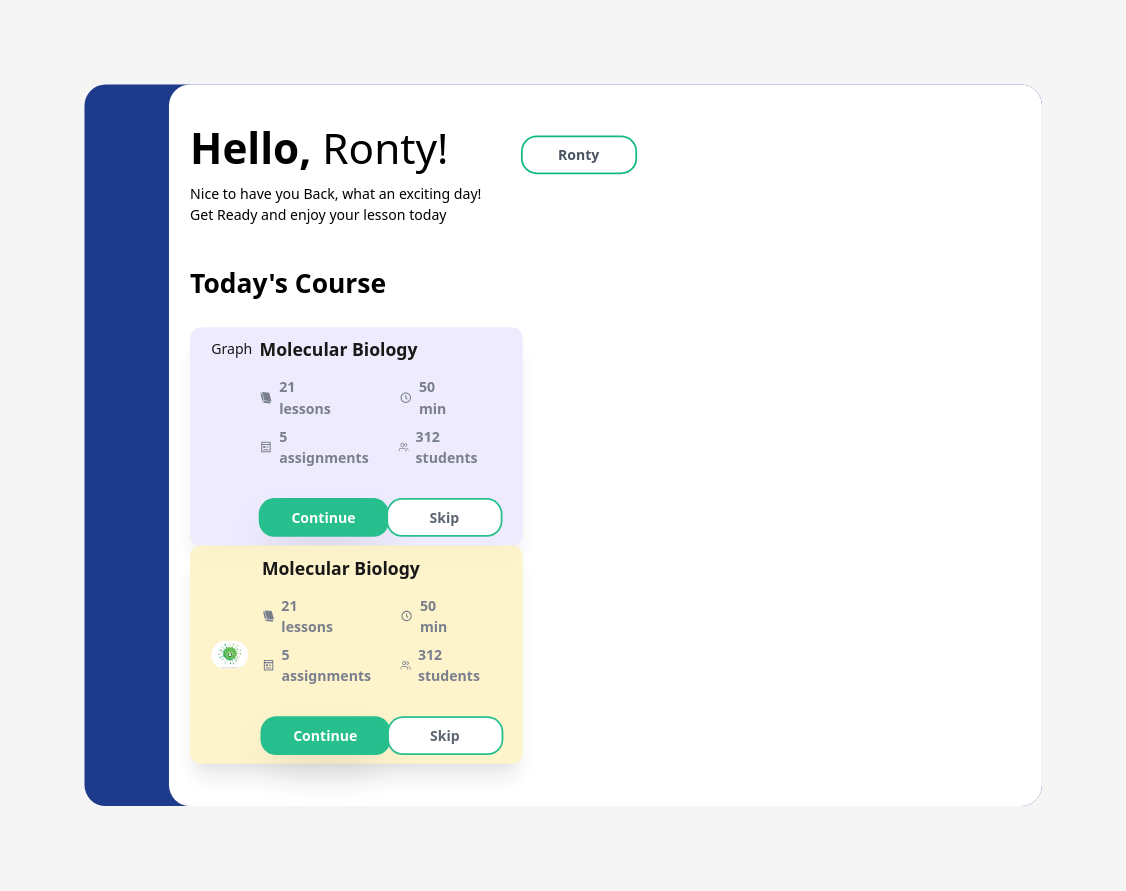
Repository: coolronts/Vite-Tailwind
Page: /
An editor plug-in stored every save of this project. The page is shown before and after the next save, followed by the edit.
The browser window is 1280 px wide. The pictures show the whole page, at 88% of full size.
The project was rebuilt for these pictures with package versions that can differ from the ones it lists, and the page was loaded fresh each time. Also part of the build but not shown: vite.config.js.

Above is the page before, as saved 2021-11-26 13:57:34.

### src/App.jsx
import './App.css'

import {Course, Intro} from './Section'
import { PrimaryButton, SecondaryButton } from './components/Button'

import Class from './Section/Class'
import {PrimaryCard} from './components/Card'
import SplitScreen from './components/SplitScreen'

function App() {

  return (

    <div className="App ">
      <div className="pl-24 bg-blue-900 m-24 rounded-3xl">
      <div className="bg-white my-12 rounded-3xl px-6 py-12">
      <SplitScreen leftWeight = 'w-2/5'>
        <div id="left">
          <Intro/>
          <div id="course">
            <p className="text-3xl font-bold  font-sans mb-8">Today's Course</p>
            <PrimaryCard>
              <Course/>
            </PrimaryCard>
            <PrimaryCard color="yellow">
              <Class/>
            </PrimaryCard>
          </div>
        </div>

        <div id="right">
          <SecondaryButton name="Ronty"/>
        </div>


        </SplitScreen>
        </div>
      </div>
      </div>
  )
}

export default App

### src/Section/index.js
import Course from "./Course";
import Intro from "./Intro";

export { Intro, Course };

### src/components/Button/index.jsx
import React from 'react'

export const PrimaryButton = ({name}) =>{
  return (
    <button className="bg-green-500 w-36 py-2 ring-2 ring-green-500 text-white text-md font-semibold shadow-2xl rounded-2xl mt-3">
      {name}
    </button>
  )
}

export const SecondaryButton = ({name}) =>{
  return (
    <button className="bg-white w-32 py-2 ring-2 ring-green-500 text-gray-600 text-md font-semibold  rounded-2xl mt-3">
      {name}
    </button>
  )
}

### src/Section/Class/index.jsx
import {PrimaryButton, SecondaryButton} from '../../components/Button'

import { BiTimeFive } from 'react-icons/bi'
import {FiUsers} from 'react-icons/fi'
import { GiWhiteBook } from 'react-icons/gi'
import React from 'react'
import { RiPagesLine } from 'react-icons/ri'
import SplitScreen from '../../components/SplitScreen'

export default function Class({
  course = "Molecular Biology",
  lessons = "21",
  assignments = "5",
  time = "50",
  students = "312"
}) {
  return (
    <SplitScreen leftWeight = 'w-1/3 mr-4' rightWeight = 'w-full'>
      <div id="left" className="flex flex-col justify-center h-full ">
        <img className="rounded-2xl" src="data:[embedded picture, 7543 characters]" alt=""/>
      </div>
      <div id="right">
        <h4 className="font-bold text-xl mb-4">{course}</h4>
        <div className="flex flex-col w-5/6">
          <div className="flex  text-gray-500 font-semibold mb-2">
            <p className="flex items-center mr-16"> <GiWhiteBook className="mr-2"/>  {lessons} lessons</p>
            <p className="flex items-center"> <BiTimeFive className="mr-2"/>  {time} min</p>
          </div>
          <div className="flex  text-gray-500 font-semibold text-left">
            <p className="flex items-center mr-8"> <RiPagesLine className="mr-2"/>  {assignments} assignments</p>
            <p className="flex items-center"> <FiUsers className="mr-2"/>  {students} students</p>
          </div>
        </div>
        <div className="flex justify-around mt-6">
          <PrimaryButton name="Continue" />
          <SecondaryButton name="Skip" />
        </div>
      </div>
    </SplitScreen>
  )
}

### src/components/Card/index.jsx
import React from 'react'

export const PrimaryCard =({children, color="purple"}) => {
  return (
    <div className={`bg-${color}-100 py-3 px-6 rounded-xl shadow-xl opacity-90`}>
      {children}
    </div>
  )
}

### src/components/SplitScreen/index.jsx
import PropTypes from 'prop-types'
import React from "react"
import tw from "tailwind-styled-components"

const Container = tw.div`${(props) => props.weight}`;

const Pane = tw.div`${(props) => props.weight}`;

const SplitScreen = ({
	children,
	containerWeight = 'flex w-full',
  leftWeight = 'w-1/2',
	rightWeight = 'w-1/2',
}) => {
	const [left, right] = children;
	return (
		<Container className={containerWeight}>
			<Pane className={leftWeight}>
				{left}
			</Pane>
			<Pane className={rightWeight}>
				{right}
			</Pane>
		</Container>
	);
}

export default SplitScreen

SplitScreen.propTypes = {
	children: PropTypes.arrayOf(PropTypes.node).isRequired,
	containerWeight: PropTypes.string,
	leftWeight: PropTypes.string,
	rightWeight: PropTypes.string,
}

### src/Section/Course/index.jsx
import {PrimaryButton, SecondaryButton} from '../../components/Button'

import {BiTimeFive} from 'react-icons/bi'
import {FiUsers} from 'react-icons/fi'
import { GiWhiteBook } from 'react-icons/gi'
import React from 'react'
import { RiPagesLine } from 'react-icons/ri'
import SplitScreen from '../../components/SplitScreen'

export default function Course({
  course = "Molecular Biology",
  lessons = "21",
  assignments = "5",
  time = "50",
  students = "312"
}) {
  return (
    <SplitScreen leftWeight = 'w-1/5' rightWeight = 'w-full'>
      <div id="left">
        Graph
      </div>
      <div id="right">
        <h4 className="font-bold text-xl mb-4">{course}</h4>
        <div className="flex flex-col w-5/6">
          <div className="flex  text-gray-500 font-semibold mb-2">
            <p className="flex items-center mr-16"> <GiWhiteBook className="mr-2"/>  {lessons} lessons</p>
            <p className="flex items-center"> <BiTimeFive className="mr-2"/>  {time} min</p>
          </div>
          <div className="flex  text-gray-500 font-semibold text-left">
            <p className="flex items-center mr-8"> <RiPagesLine className="mr-2"/>  {assignments} assignments</p>
            <p className="flex items-center"> <FiUsers className="mr-2"/>  {students} students</p>
          </div>
        </div>
        <div className="flex justify-around mt-6">
          <PrimaryButton name="Continue" />
          <SecondaryButton name="Skip" />
        </div>
      </div>
    </SplitScreen>
  )
}

### src/Section/Intro/index.jsx
import React from 'react'

export default function Intro({name}) {
  return (
    <div className="mb-12">
      <h3 className="text-5xl font-sans font-bold mb-4">Hello, <span className="font-light">Ronty!</span> </h3>
      <div className="font-semibold tracking-wide text-gray-500">

      </div>
      <h5>Nice to have you Back, what an exciting day!</h5>
      <h5>Get Ready and enjoy your lesson today</h5>
    </div>
  )
}

Loaded but not shown: index.html (common file); src/main.jsx (common file); src/index.css (common file); src/App.css (common file); tailwind.config.js (common file)

After the next save:
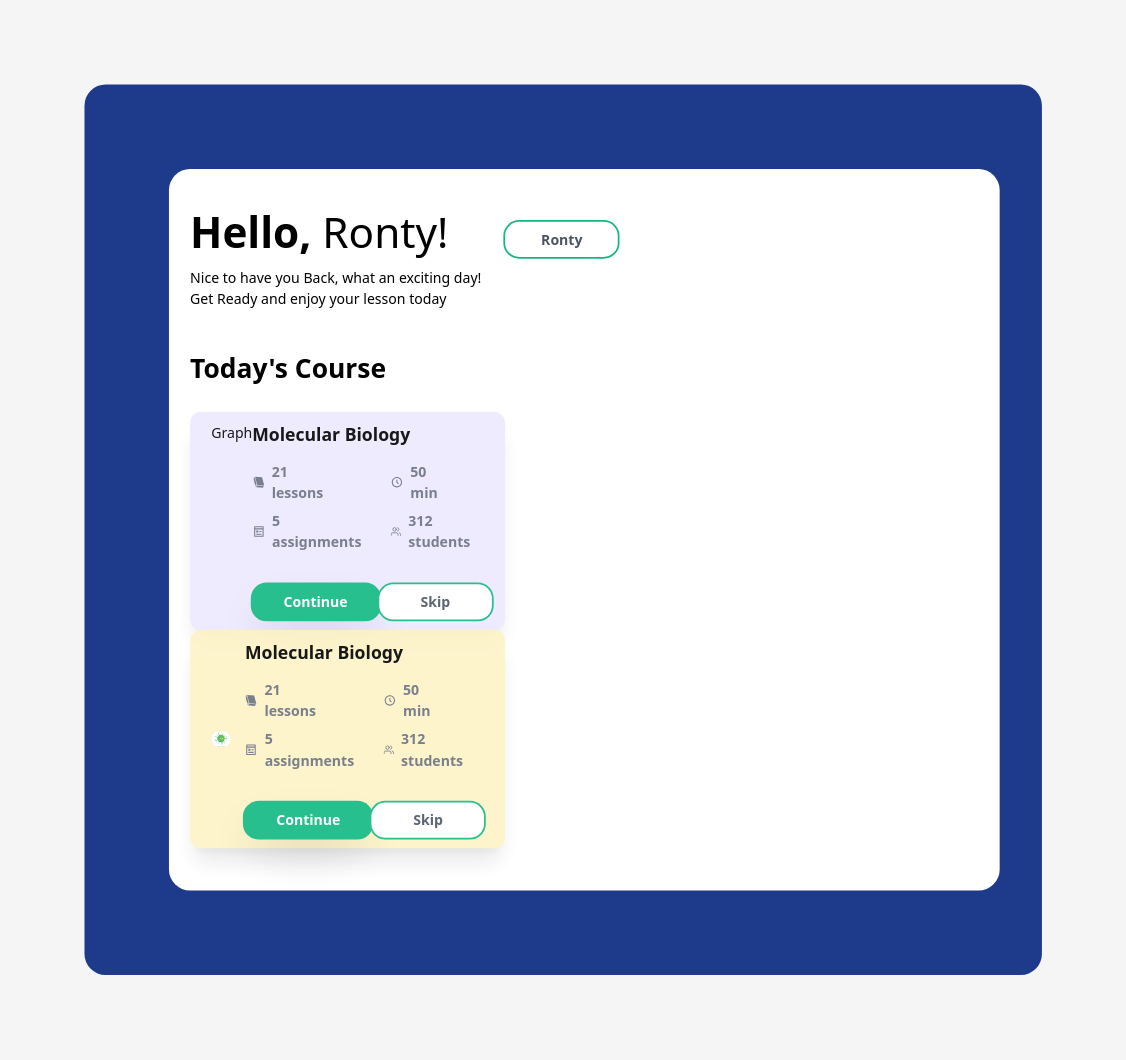
Saved 12 s later.
--- a/src/App.jsx
+++ b/src/App.jsx
@@ -12,7 +12,7 @@ function App() {
   return (
 
     <div className="App ">
-      <div className="pl-24 bg-blue-900 m-24 rounded-3xl">
+      <div className="p-12 pl-24 bg-blue-900 m-24 rounded-3xl">
       <div className="bg-white my-12 rounded-3xl px-6 py-12">
       <SplitScreen leftWeight = 'w-2/5'>
         <div id="left">
